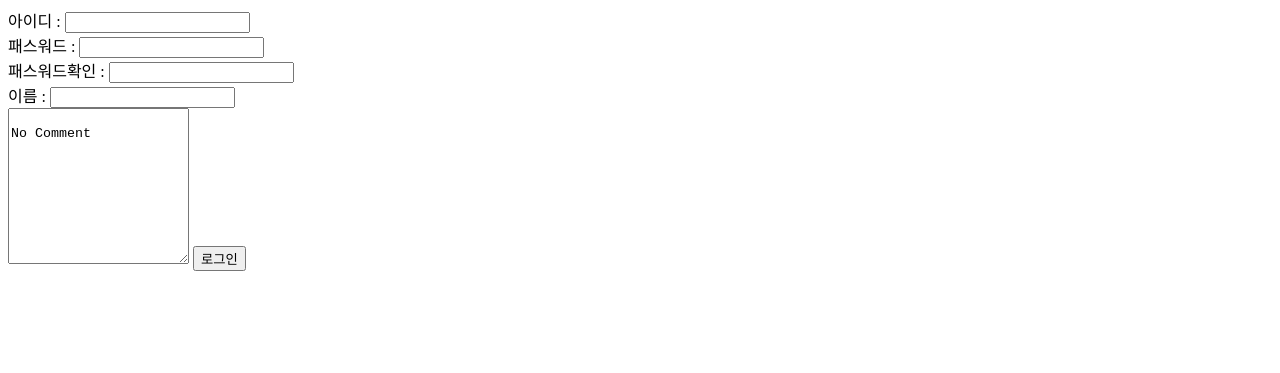
Repository: JeongYT/JSP
Page: jspproject/src/main/webapp/login.html
These files come from the project's save history. The page is drawn as it stood at one moment and after the next save; the edit follows.
The browser window is 1280 px wide. The pictures show the whole page.

Above is the page before, as saved 2023-07-06 07:35:46.

After the next save:
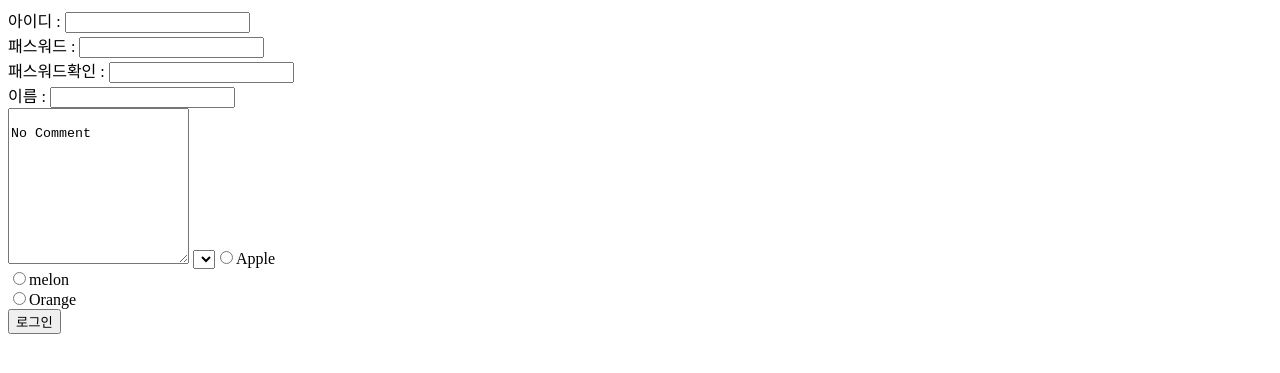
Saved 52 s later.
--- a/jspproject/src/main/webapp/login.html
+++ b/jspproject/src/main/webapp/login.html
@@ -13,6 +13,11 @@
 		<textarea name="comment" rows="10" cols="20">
 			No Comment
 		</textarea>
+		<select>
+			<input type="radio" name="fruit" value="apple">Apple<br>
+			<input type="radio" name="fruit" value="melon">melon<br>
+			<input type="radio" name="fruit" value="orange">Orange<br>
+		</select>
 		<input type="submit" value="로그인">
 	</form>
 </body>
